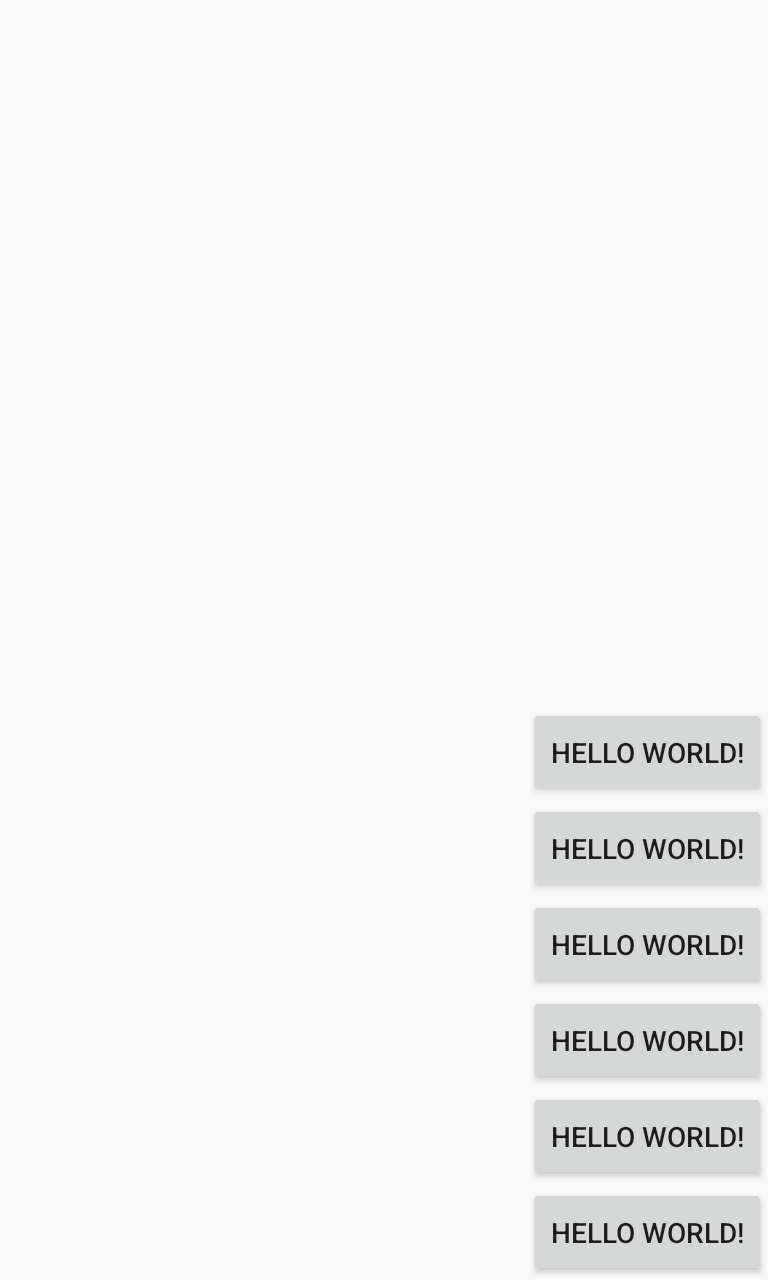
Repository: A207/guanjingjing
Layout: day4/Second/res/layout/activity_main.xml
These files come from the project's save history. The layout is drawn as it stood at one moment and after the next save; the edit follows.
It is drawn on a 768 x 1280 px phone screen (xhdpi) without system bars, with theme AppTheme; the app's code is not run.

Above is the layout before, as saved 2015-07-09 10:14:38.

After the next save:
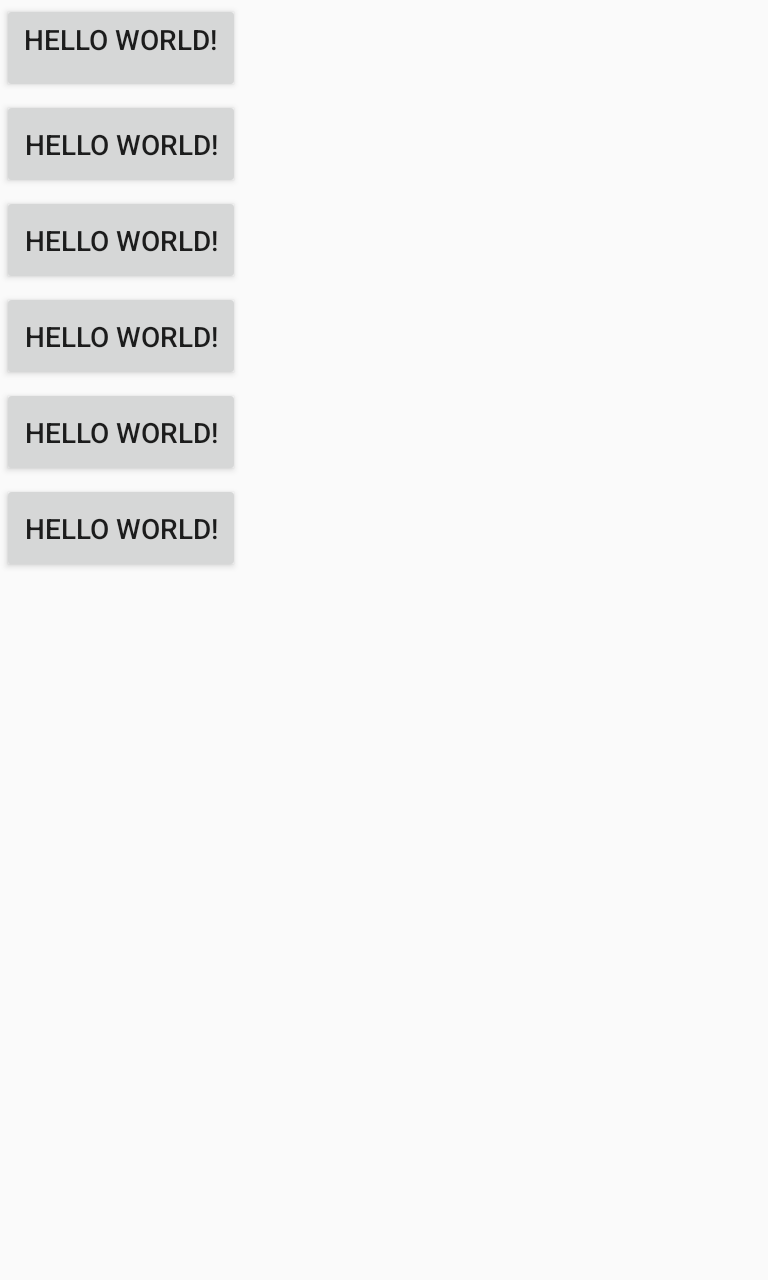
Saved 7 min 3 s later.
--- a/day4/Second/res/layout/activity_main.xml
+++ b/day4/Second/res/layout/activity_main.xml
@@ -2,14 +2,14 @@
     android:layout_width="match_parent"
     android:layout_height="match_parent"
     android:orientation="vertical"
-    android:gravity="right||bottom" >
+    android:layout_gravity="right||bottom" >
     <!--android:gravity="center"> -->
-    <!-- android:gravity="center"> -->
 
     <Button
         android:layout_width="wrap_content"
         android:layout_height="wrap_content"
-        android:text="@string/hello_world" />
+        android:text="@string/hello_world"
+        android:gravity="left" />
     <Button
         android:layout_width="wrap_content"
         android:layout_height="wrap_content"

After the save that followed:
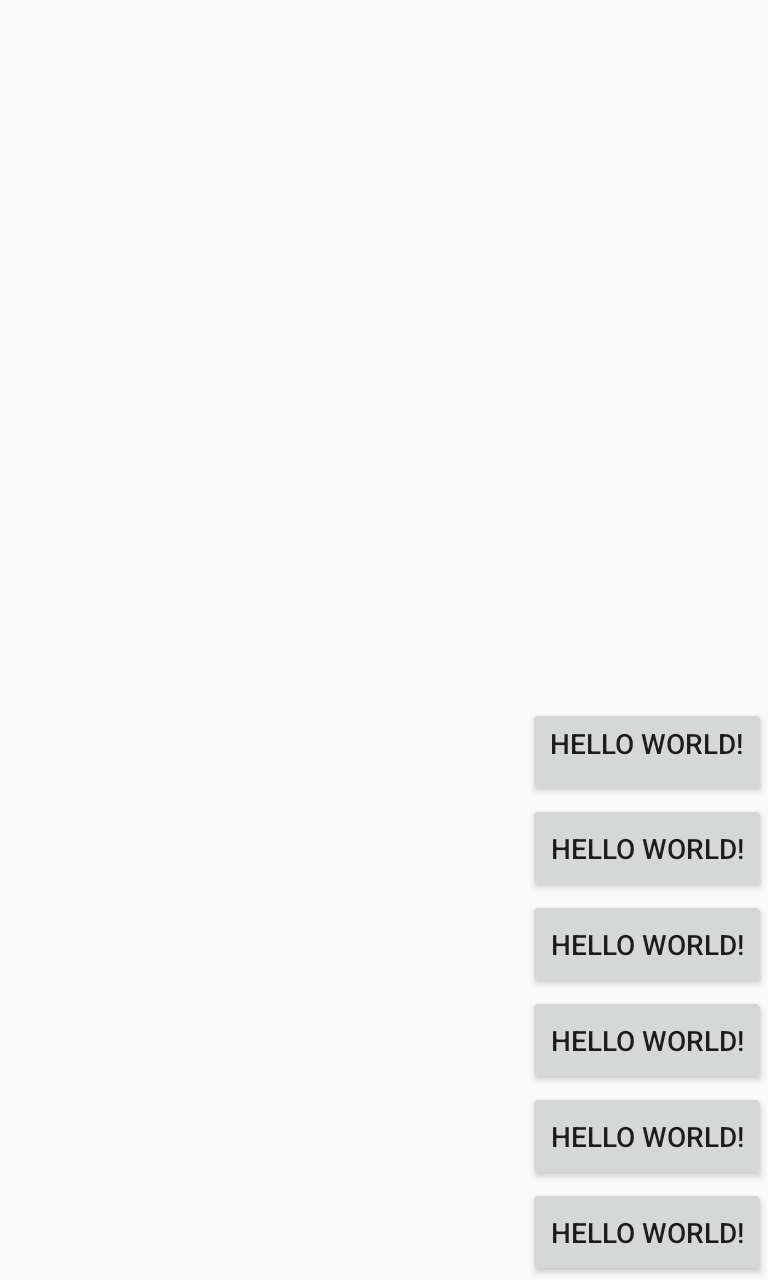
Saved 19 s later.
--- a/day4/Second/res/layout/activity_main.xml
+++ b/day4/Second/res/layout/activity_main.xml
@@ -2,7 +2,7 @@
     android:layout_width="match_parent"
     android:layout_height="match_parent"
     android:orientation="vertical"
-    android:layout_gravity="right||bottom" >
+    android:gravity="right||bottom" >
     <!--android:gravity="center"> -->
 
     <Button
